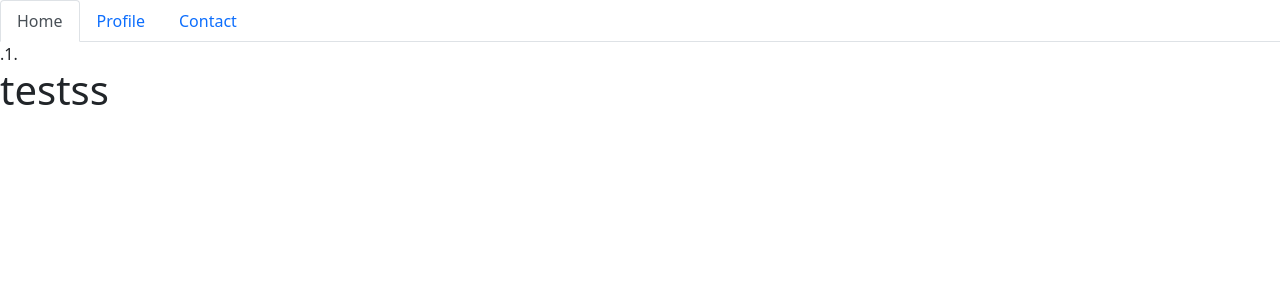
Repository: WaiMaungMaung/Mgr-site
Page: http://localhost/
The author's editor kept a copy of each file at every save. The page is drawn from the files as they stood at one save, then again after the next save.
The browser window is 1280 px wide. The pictures show the whole page.
The page is served by the project's Laravel application, run on PHP 8.4 with Laravel 9.

Above is the page before, as saved 2022-04-06 09:08:39.

After the next save:
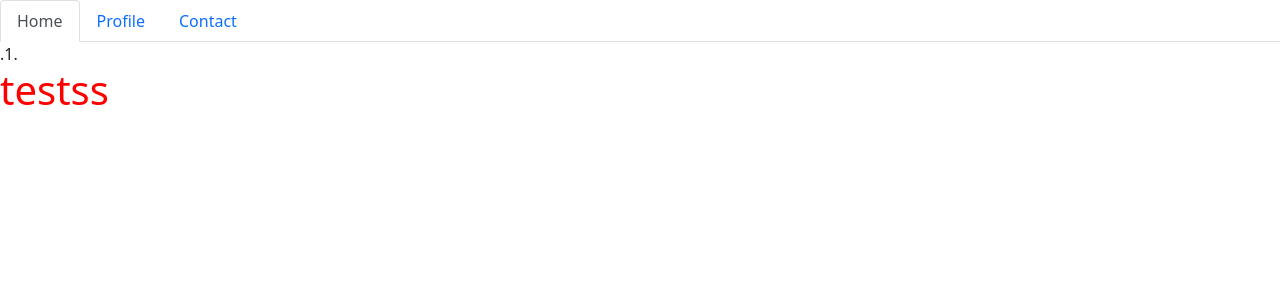
Saved 17 s later.
--- a/resources/views/layouts/app.blade.php
+++ b/resources/views/layouts/app.blade.php
@@ -7,7 +7,7 @@
     <meta name="viewport" content="width=device-width, initial-scale=1">
 
     <!-- Bootstrap CSS -->
-    <link rel="stylesheet" href="{{ asset('../css/custom.css') }}">
+    <link rel="stylesheet" href="{{ asset('resources/css/custom.css') }}">
 
     <link href="https://cdn.jsdelivr.net/npm/bootstrap@5.1.3/dist/css/bootstrap.min.css" rel="stylesheet"
         integrity="sha384-1BmE4kWBq78iYhFldvKuhfTAU6auU8tT94WrHftjDbrCEXSU1oBoqyl2QvZ6jIW3" crossorigin="anonymous">
